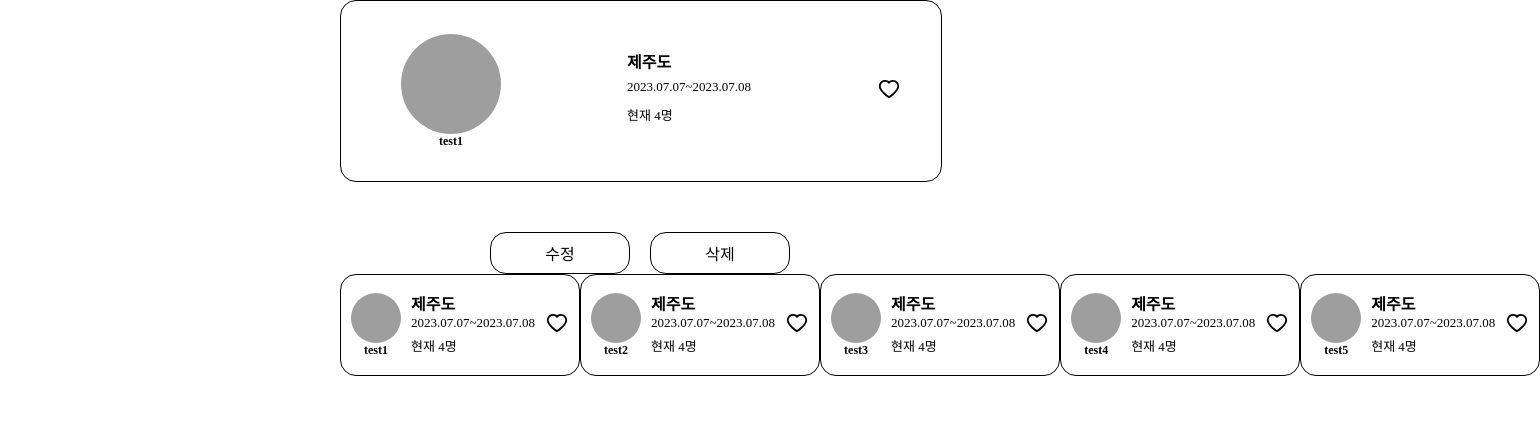
Repository: the-graces/matrip-web
Page: /tripSchedule (app in matrip/)
An editor plug-in stored every save of this project. The page is shown before and after the next save, followed by the edit.
The browser window is 1280 px wide. The page is 1540 px wide, so the pictures cover 1540 px, including what lies to the right of the window. The pictures show the whole page.
Pictures or frames that could not be fetched are drawn as grey boxes. The project was rebuilt for these pictures with package versions that can differ from the ones it lists, and the page was loaded fresh each time. Also part of the build but not shown: matrip/src/pages/Main/mainStyle.tsx, matrip/src/pages/Main/Post.tsx, matrip/src/pages/Main/index.tsx, matrip/src/pages/FriendSearch/friendSearchStyle.tsx, matrip/src/data/userdata.ts, matrip/src/pages/FriendSearch/index.tsx, matrip/src/pages/ItineraryInfo/index.scss, matrip/src/pages/ItineraryInfo/itineraryInfoStyle.tsx and 4 more.

Above is the page before, as saved 2023-07-09 13:37:58.

### matrip/src/App.tsx
import React from "react";
import { BrowserRouter, Route, Routes } from "react-router-dom";
import Main from "./pages/Main";

import FriendSearch from "./pages/FriendSearch";
import ItineraryInfo from "./pages/ItineraryInfo";
import UserProfile from "./pages/UserProfile";

import GlobalFonts from "./styles/fonts";
import TripSchedule from "./pages/TripSchedule";

function App() {
   return (
      <BrowserRouter>
         <GlobalFonts />
         <Routes>
            <Route
               path="/"
               element={<Main />}
            />
            <Route
               path="/friendSearch"
               element={<FriendSearch />}
            />
            <Route
               path="/itineraryInfo"
               element={<ItineraryInfo />}
            />
            <Route
               path="/userProfile"
               element={<UserProfile />}
            />
            <Route
               path="/tripSchedule"
               element={<TripSchedule />}
            />
         </Routes>
      </BrowserRouter>
   );
}

export default App;

### matrip/src/styles/fonts/index.js
import { createGlobalStyle } from "styled-components";
import Prentendard from "./Pretendard-Regular.woff2";

export default createGlobalStyle`
@font-face {
    font-family: "Prentendard";
    src: url(${Prentendard}) fromat("woff2");
}`;

### matrip/src/pages/TripSchedule/index.tsx
import React from "react";
import "./index.scss";

import * as iss from "./TripScheduleStyle";
import * as gs from "../../styles/GlobalStyles";
import "./index.scss";
import { fdata } from "../../data/userdata";
import { postdata } from "../../data/postdata";
import { AiOutlineHeart } from "react-icons/ai";
import UserList from "./UserList";

const TripSchedule: React.FC = () => {
  const post = postdata[0];

  return (
    <gs.MainContainer>
      <iss.MainContainer>
        <iss.postBox key={post.id}>
          <iss.profileBox to={"/userProfile"}>
            <iss.profileImgBox>
              <iss.profileImg src={post.imgurl} alt="유저 프로필" />
            </iss.profileImgBox>
            <iss.Nickname>{post.nick}</iss.Nickname>
          </iss.profileBox>
          <iss.postContent to={"/itineraryInfo"}>
            <iss.postTitle>{post.destination}</iss.postTitle>
            <iss.postPeriod>
              {post.startDate}~{post.endData}
            </iss.postPeriod>
            <iss.postPeriod>현재 {post.personnel}명</iss.postPeriod>
          </iss.postContent>
          <div>
            <iss.LikeBtn>
              <AiOutlineHeart size="24" />
            </iss.LikeBtn>
          </div>
        </iss.postBox>

        <iss.TripSchedulePostButton>
          <iss.TripSchedulePostButtonL>수정</iss.TripSchedulePostButtonL>
          <iss.TripSchedulePostButtonR>삭제</iss.TripSchedulePostButtonR>
        </iss.TripSchedulePostButton>

        <UserList/>
      </iss.MainContainer>
    </gs.MainContainer>
  );
};

export default TripSchedule;

### matrip/src/styles/GlobalStyles.tsx
import { styled } from "styled-components";

// 전체 화면 컨테이너
export const MainContainer = styled.div`
   width: 100%;
   display: flex;
   justify-content: center;
   font-family: Pretendard;
`;

// 그 안에 들어갈 내용을 감싸는 컨테이너
export const MainBox = styled.div`
   max-width: 600px;
   width: 100%;
   display: flex;
   flex-direction: column;
   align-items: center;

   @media screen and (min-width: 600px) {
      width: 600px;
   }
`;

### matrip/src/pages/TripSchedule/TripScheduleStyle.tsx
import { Link } from "react-router-dom";
import { styled } from "styled-components";

export const MainContainer = styled.div`
  max-width: 600px;
  width: 100%;

  @media screen and (min-width: 600px) {
    width: 600px;
  }
`;

export const postBox = styled.div`
  width: 100%;
  height: 180px;
  display: flex;
  align-items: center;
  justify-content: space-between;
  border: solid #000 1px;
  border-radius: 16px;
  margin-bottom: 50px;
`;

export const profileBox = styled(Link)`
  padding: 0 10px;
  display: flex;
  flex-direction: column;
  align-items: center;
  color: #000;
  text-decoration: none;
  margin-left: 50px;
`;
export const profileImgBox = styled.div`
  width: 100px;
  height: 100px;
`;

export const profileImg = styled.img`
  width: 100%;
  height: 100%;
  object-fit: cover;
  border-radius: 50%;

`;

export const Nickname = styled.h4`
  font-size: 12px;
  font-weight: 600;
  margin: 0;
`;

export const postContent = styled(Link)`
  color: #000;
  text-decoration: none;
`;

export const postTitle = styled.div`
  font-size: 16px;
  font-weight: 800;
  margin-bottom: 6px;
`;

export const postPeriod = styled.div`
  font-size: 13px;
  margin-bottom: 10px;

`;

export const LikeBtn = styled.button`
  border: none;
  background: none;
  cursor: pointer;
  padding: 0 10px;
  margin-right: 30px;
`;

export const TripSchedulePostButton = styled.div`
  width: 50%;
  display: flex;
  border-radius: 40px;
  margin: auto;
  margin-top: 15px;
  gap: 20px;
`;

export const TripSchedulePostButtonL = styled.div`
  width: 100%;
  height: 40px;
  display: flex;
  align-items: center;
  justify-content: space-between;
  border: solid #000 1px;
  border-radius: 16px;
  justify-content: center;
`;

export const TripSchedulePostButtonR = styled.div`
  width: 100%;
  height: 40px;
  display: flex;
  align-items: center;
  justify-content: space-between;
  border: solid #000 1px;
  border-radius: 16px;
  justify-content: center;
`;

export const userList = styled.div`
    display: flex;
    width: 600px;
`

export const userListPostBox = styled.div`
  width: calc((100% - 20px) / 2);
  height: 100px;
  display: flex;
  align-items: center;
  justify-content: space-between;
  border: solid #000 1px;
  border-radius: 16px;
`;

export const userListProfileBox = styled(Link)`
  padding: 0 10px;
  display: flex;
  flex-direction: column;
  align-items: center;
  color: #000;
  text-decoration: none;
`;

export const userListProfileImgBox = styled.div`
  width: 50px;
  height: 50px;
`;

export const userListProfileImg = styled.img`
  width: 100%;
  height: 100%;
  object-fit: cover;
  border-radius: 50%;
`;

export const userListNickname = styled.h4`
  font-size: 12px;
  font-weight: 600;
  margin: 0;
`;

export const userListPostContent = styled(Link)`
  color: #000;
  text-decoration: none;
`;

export const userListPostTitle = styled.div`
  font-size: 16px;
  font-weight: 800;
`;

export const userListPostPeriod = styled.div`
  font-size: 13px;
  margin-bottom: 5px;
`;

export const userListPLikeBtn = styled.button`
  border: none;
  background: none;
  cursor: pointer;
  padding: 0 10px;
`;

### matrip/src/data/postdata.ts
export const postdata = [
  {
    id: "1",
    nick: "test1",
    imgurl:
      "https://img2.daumcdn.net/thumb/R658x0.q70/?fname=https://t1.daumcdn.net/news/202302/21/spotvnews/20230221133133423kfxy.jpg",
    destination: "제주도",
    startDate: "2023.07.07",
    endData: "2023.07.08",
    personnel: 4,
  },
  {
    id: "2",
    nick: "test2",
    imgurl:
      "https://img2.daumcdn.net/thumb/R658x0.q70/?fname=https://t1.daumcdn.net/news/202302/21/spotvnews/20230221133133423kfxy.jpg",
    destination: "제주도",
    startDate: "2023.07.07",
    endData: "2023.07.08",
    personnel: 4,
  },
  {
    id: "3",
    nick: "test3",
    imgurl:
      "https://img2.daumcdn.net/thumb/R658x0.q70/?fname=https://t1.daumcdn.net/news/202302/21/spotvnews/20230221133133423kfxy.jpg",
    destination: "제주도",
    startDate: "2023.07.07",
    endData: "2023.07.08",
    personnel: 4,
  },
  {
    id: "4",
    nick: "test4",
    imgurl:
      "https://img2.daumcdn.net/thumb/R658x0.q70/?fname=https://t1.daumcdn.net/news/202302/21/spotvnews/20230221133133423kfxy.jpg",
    destination: "제주도",
    startDate: "2023.07.07",
    endData: "2023.07.08",
    personnel: 4,
  },
  {
    id: "5",
    nick: "test5",
    imgurl:
      "https://img2.daumcdn.net/thumb/R658x0.q70/?fname=https://t1.daumcdn.net/news/202302/21/spotvnews/20230221133133423kfxy.jpg",
    destination: "제주도",
    startDate: "2023.07.07",
    endData: "2023.07.08",
    personnel: 4,
  },
];

### matrip/src/pages/TripSchedule/UserList.tsx
import React from "react";
import "./index.scss";

import * as iss from "./TripScheduleStyle";
import "./index.scss";
import { fdata } from "../../data/userdata";
import { AiOutlineHeart } from "react-icons/ai";
import { postdata } from "../../data/postdata";

const UserList: React.FC = () => {
  return (
    <iss.userList>
      {postdata.map((post) => (
        <iss.userListPostBox key={post.id}>
          <iss.userListProfileBox to={"/userProfile"}>
            <iss.userListProfileImgBox>
              <iss.userListProfileImg src={post.imgurl} alt="유저 프로필" />
            </iss.userListProfileImgBox>
            <iss.userListNickname>{post.nick}</iss.userListNickname>
          </iss.userListProfileBox>
          <iss.userListPostContent to={"/itineraryInfo"}>
            <iss.userListPostTitle>{post.destination}</iss.userListPostTitle>
            <iss.userListPostPeriod>
              {post.startDate}~{post.endData}
            </iss.userListPostPeriod>
            <iss.userListPostPeriod>현재 {post.personnel}명</iss.userListPostPeriod>
          </iss.userListPostContent>
          <div>
            <iss.userListPLikeBtn>
              <AiOutlineHeart size="24" />
            </iss.userListPLikeBtn>
          </div>
        </iss.userListPostBox>
      ))}
    </iss.userList>
  );
};

export default UserList;

Loaded but not shown: matrip/public/index.html (common file); matrip/src/index.tsx (common file); matrip/src/index.css (common file); matrip/src/reportWebVitals.ts (common file)

After the next save:
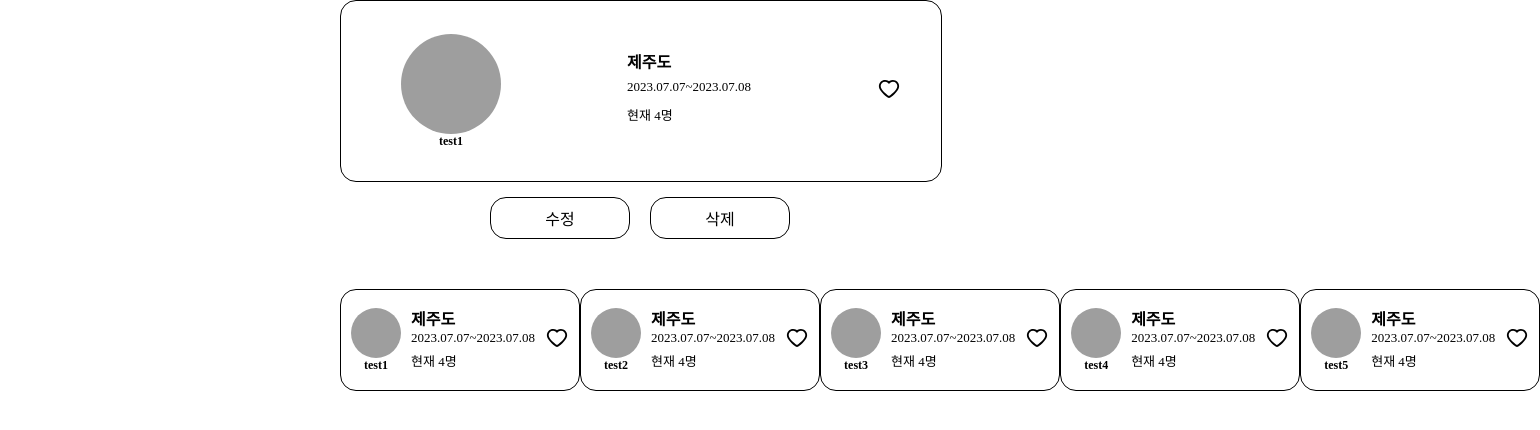
Saved 10 s later.
--- a/matrip/src/pages/TripSchedule/TripScheduleStyle.tsx
+++ b/matrip/src/pages/TripSchedule/TripScheduleStyle.tsx
@@ -18,7 +18,6 @@ export const postBox = styled.div`
   justify-content: space-between;
   border: solid #000 1px;
   border-radius: 16px;
-  margin-bottom: 50px;
 `;
 
 export const profileBox = styled(Link)`
@@ -81,6 +80,7 @@ export const TripSchedulePostButton = styled.div`
   margin: auto;
   margin-top: 15px;
   gap: 20px;
+  margin-bottom: 50px;
 `;
 
 export const TripSchedulePostButtonL = styled.div`
